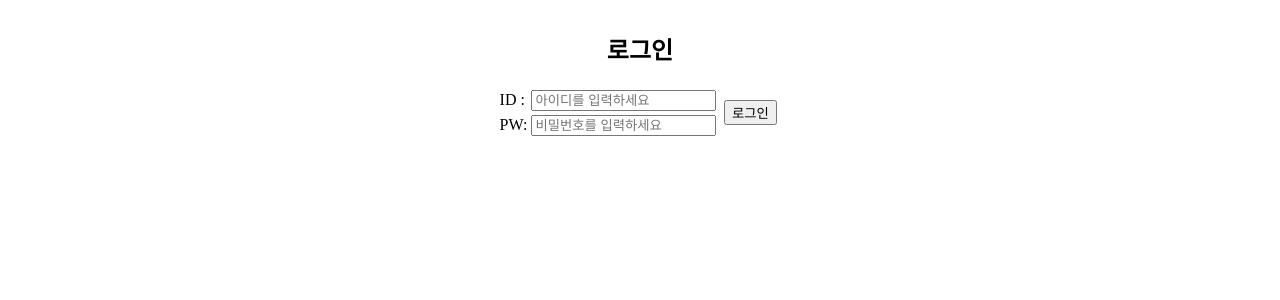
Repository: umhayun/myJSP
Page: HTML/src/main/webapp/login.html
These files come from the project's save history. The page is drawn as it stood at one moment and after the next save; the edit follows.
The browser window is 1280 px wide. The pictures show the whole page.

Above is the page before, as saved 2022-01-18 01:52:41.

### HTML/src/main/webapp/login.html
<!DOCTYPE html>
<html>
<head>
<meta charset="UTF-8">
<title>Insert title here</title>
</head>
<body>
<!--form태그는 데이터를 전송하기 위해서 사용 -->
<form action="">
<table align=center >
	<tr>
		<td colspan=3 align=center><h2>로그인</h2></td>
	</tr>
	<tr>
		<td width="20">ID : </td>
		<td width="50"><input type="text" placeholder="아이디를 입력하세요"></td>
		<td width="60"rowspan=2 align=center><input type=submit value="로그인"></td>
	</tr>
	<tr>
		<td width="20">PW: </td>
		<td width="50"><input type="password" placeholder="비밀번호를 입력하세요"></td>
	</tr>

</table>
</form>

</body>
</html>

After the next save:
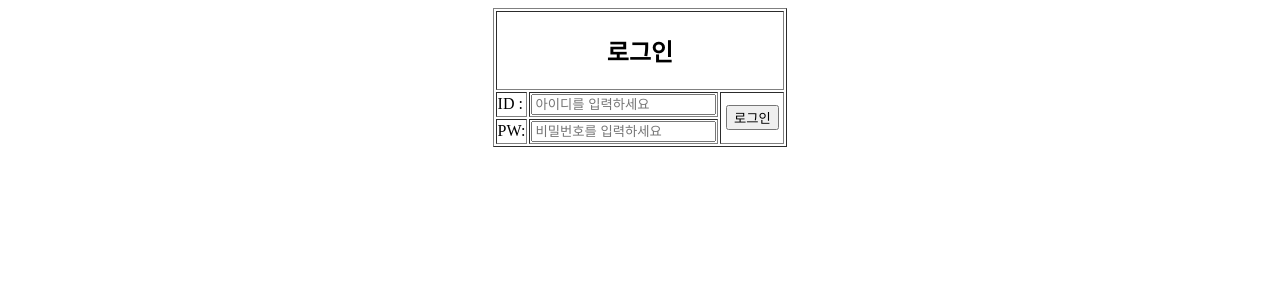
Saved 13 s later.
--- a/HTML/src/main/webapp/login.html
+++ b/HTML/src/main/webapp/login.html
@@ -7,7 +7,7 @@
 <body>
 <!--form태그는 데이터를 전송하기 위해서 사용 -->
 <form action="">
-<table align=center >
+<table align=center border="1">
 	<tr>
 		<td colspan=3 align=center><h2>로그인</h2></td>
 	</tr>
